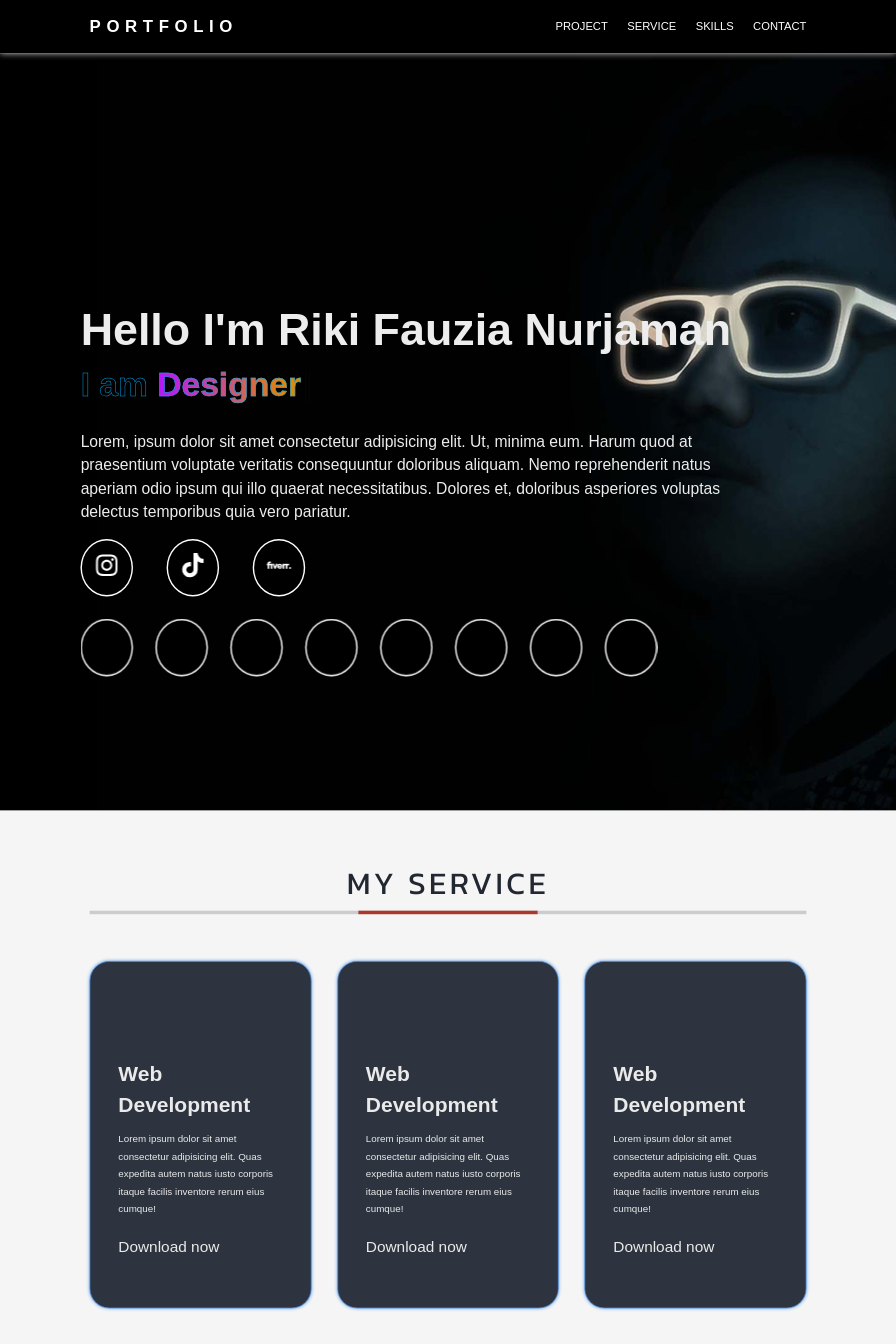
Repository: sellayspy/Portofolio
Page: /
These files come from the project's save history. The page is drawn as it stood at one moment and after the next save; the edit follows.
The browser window is 1280 px wide. The pictures show the part of the page from y = 0 to 1920 px (the page is 6005 px tall before and 5990 px after), at 70% of full size.
The project was rebuilt for these pictures with package versions that can differ from the ones it lists, and the page was loaded fresh each time. Also part of the build but not shown: vite.config.js, src/styles/DetailPortfolio.css, src/components/ScrollToTop.jsx, src/pages/DetailPortfolio.jsx, src/pages/PagesNotFound.jsx.

Above is the page before, as saved 2024-09-16 22:09:29.

After the next save:
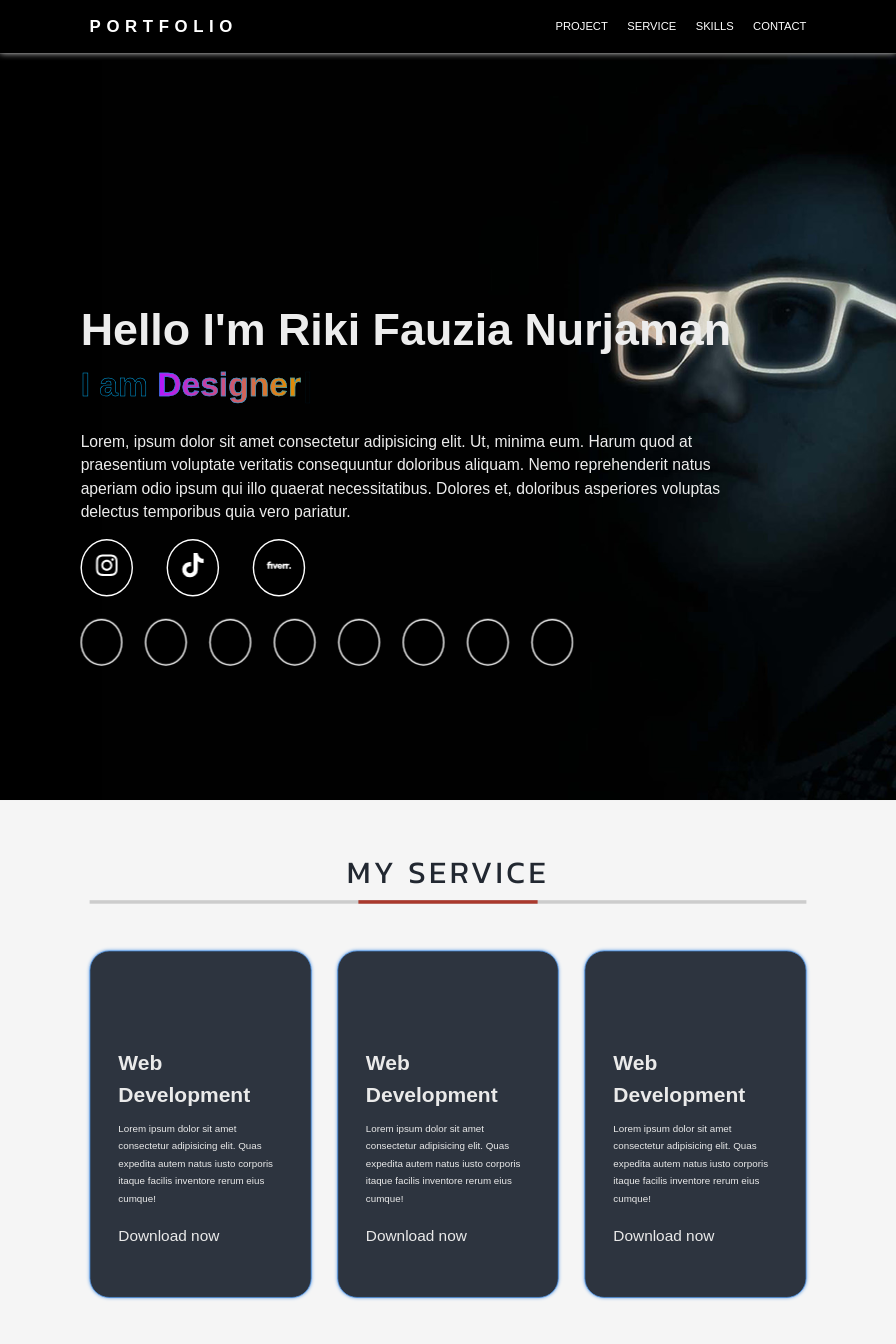
Saved 19 s later.
--- a/src/styles/Header.css
+++ b/src/styles/Header.css
@@ -127,7 +127,7 @@ header {
   border-radius: 50%;
 }
 .mySkill span svg {
-  height: 35px;
+  height: 20px;
   width: auto;
 }
 .mySkill span {
